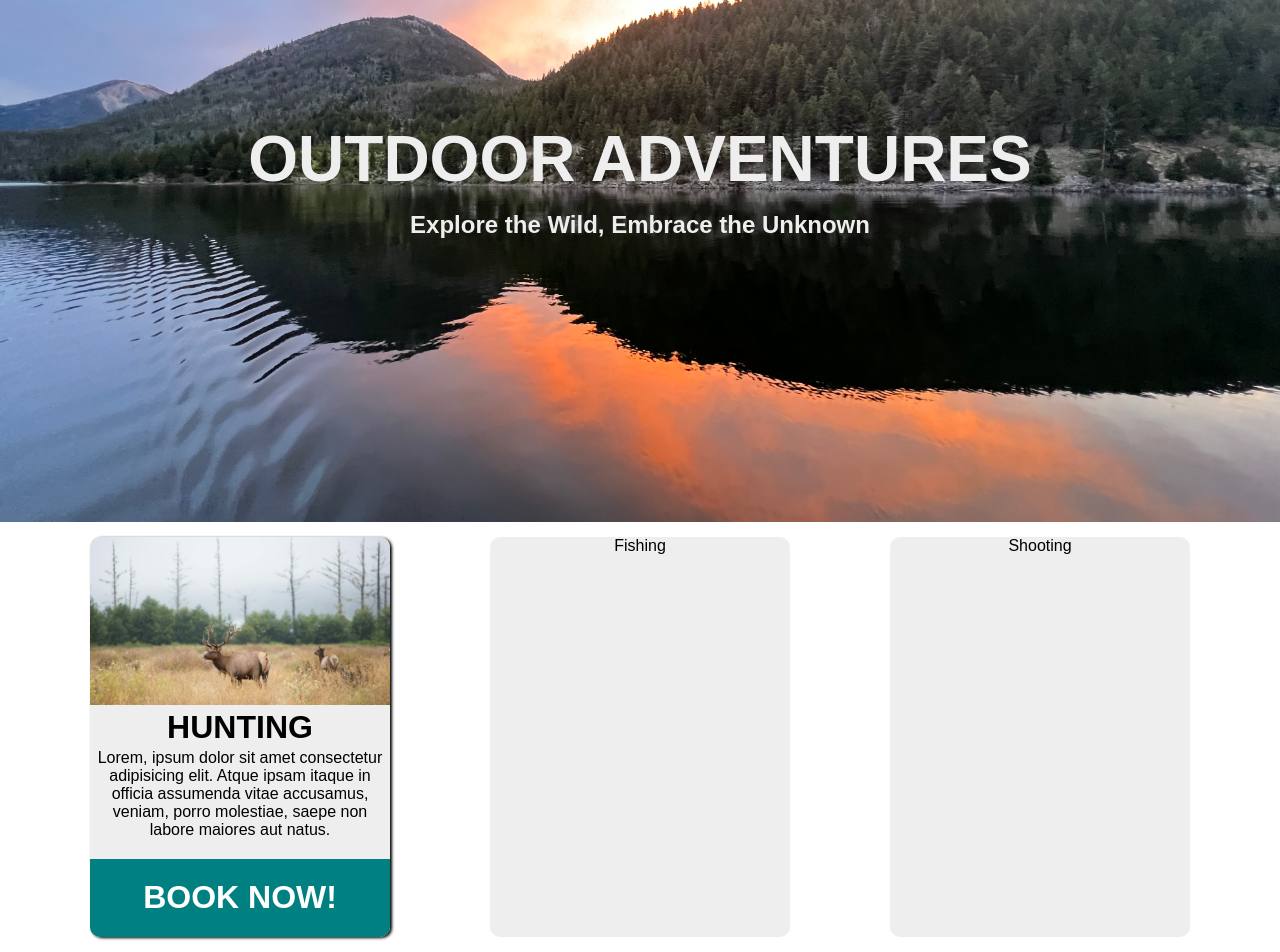
Repository: iforgotmylogin/WebDesignFinal
Page: index.html
The author's editor kept a copy of each file at every save. The page is drawn from the files as they stood at one save, then again after the next save.
The browser window is 1280 px wide. The pictures show the part of the page from y = 290 to 1242 px (the page is 1242 px tall).
A picture or video elsewhere on the page could not be fetched, so the positions and the page height are approximate.

Above is the page before, as saved 2024-04-07 18:41:51.

### index.html
<!DOCTYPE html>
<html lang="en">
<head>
    <link rel="stylesheet" href="css/global.css">
    <link rel="stylesheet" href="css/navbar.css">
    <link rel="stylesheet" href="css/dropdown.css">
    <link rel="stylesheet" href="https://cdn.jsdelivr.net/npm/aos@2.3.4/dist/aos.css">
    <link rel="stylesheet" href="css/homepage.css">
    <meta http-equiv="X-UA-Compatible" content ="IE=edge">
    <meta charset="UTF-8">
    <meta name="viewport" content="width=device-width, initial-scale=1.0">
    <title>Outdoor Adventures</title>
</head>
<body>
    <header>
        <a href="#"><img src="images/outdoor-adventure-logo-color.png" alt="Logo" class="logo"></a>
       <nav>
        <ul>
            <li>
                <a href="#">About</a>
            </li>
            <li class="dropdown">
                <a href="html/Booking.html">Booking</a>
                <div class="dropdown-content">
                    <a href="#">Hunting</a>
                    <a href="#">Fishing</a>
                    <a href="#">Shooting</a>
                    <a href="#">ATV Rental</a>
                </div>
            </li>
            <li>
                <a href="html/Reviews.html">Reviews</a>
            </li>
            <li>
                <a href="#">Careers</a>
            </li>
            <li>
                <a href="#">Contact</a>
            </li>
        </ul>
    </nav>



    </header>
    <main class="hero_image">
        <h1>Outdoor Adventures</h1>
        <h2>Explore the Wild, Embrace the Unknown</h2>
    </main>

    <div class="container">
        <a  href="#" data-aos="fade-up" class="box hunting">
            <img src="images/HuntingBackdrop.jpg" alt="Image of an Elk">
            <h1>Hunting</h1>
            <p>Lorem, ipsum dolor sit amet consectetur adipisicing elit. Atque ipsam itaque in officia assumenda vitae accusamus, veniam, porro molestiae, saepe non labore maiores aut natus.</p>
            <div class="home-booking-button">
                <h1>Book Now!</h1>
            </div>
        </a>

        <div data-aos="fade-up" class="box Fishing">Fishing</div>

        <div data-aos="fade-up" class="box Shooting">Shooting</div>
    </div>



    <!-- Use <div data-aos="fade-up"><div> for really cool animations that use this java script!! -->
    <script src="https://cdn.jsdelivr.net/npm/aos@2.3.4/dist/aos.js"></script>
    <script>
      AOS.init();
    </script>
</body>
</html>

### css/global.css
*{
    font-family: Arial, Helvetica, sans-serif;
}
.hero_image{
    position: absolute;
    z-index: 1;
    margin: 0 auto;
    justify-content: center;
    top: 0px;
    padding: 50px;
    height: 600px;
    position: relative;
    background-image: url("../images/IMG_0679.jpeg");
    background-size: cover;
    background-position: center;
}

.hero_image h1{
    font-size: 400%;
    color: #eee;
    text-transform: uppercase;
    text-align: center;
    margin: 250px 0 auto;
}

.hero_image h2{
    margin: 15px 0 auto;
    text-align: uppercase;
    text-align: center;
    color:#eee;
}

h1.global{
    text-align: center;
}

#usrReview_1{
    outline: 2px solid red; /*This is for "debugging" where the div is and how it's behaving*/

    padding: 30px;
}

#userPfp{
    float: left;
    max-width: 90%;
    width: 200px;
    margin-right: 10px; /* adds some spacing between the image and the text*/

}

### css/navbar.css
body{
    margin:0px;
}


header{
    display: flex;
    justify-content: space-between;
    background-color: #eee;
    border-bottom: 5px white;
    box-shadow: 0 0 5px rgba(0,0,0,.2);
}

header .logo{
    height: 100px;
    padding:4px;
}

header nav{
    display: flex;
    align-items: center;
}
header nav ul{
    margin: 0px;
    padding: 0px;
    text-align: right;
    display: flex;
    width: 100%;
    justify-content: end;
}
header nav ul li{
    list-style-type: none;
}

header nav ul li a{
  text-decoration: none;
  color: #666;
  font-weight: bold;
  font-size:15px;
  text-transform:uppercase;
  font-family:Helvetica, sans-serif;
  padding:49px 30px;
  transition: all .3s linear;
}
header nav ul li a:hover{
    background-color:teal;
    color:white;
}

header nav ul li a.active{
    background-color: burlywood;
}

### css/dropdown.css
.dropbtn {
    background-color: #eee;
    color: white;
    padding: 16px;
    font-size: 16px;
    border: none;
  }

  .dropdown {
    align-items: center;
    display: inline-block;
  }

  .dropdown-content {
    display: none;
    position:absolute;
    background-color: #eee;
    min-width: 136px;
    box-shadow: 0px 8px 16px 0px rgba(0,0,0,0.2);
    z-index: 1;
    top: 14%;
    z-index: 2; /* Makes the dropdown menu appear over the hero image */
  }

  /* Links inside the dropdown */
  .dropdown-content a {
    color: black;
    padding: 12px 16px;
    text-decoration: none;
    text-align: center;
    display: block;
  }

  .dropdown-content a:hover {background-color: teal;}

  .dropdown:hover .dropdown-content {display: block;}

  .dropdown:hover .dropbtn {background-color: teal;}

### css/homepage.css
*{
    margin:0;
    padding:0;
}
.container{
    position:relative;
    width: 100%;
    height: auto;
    display: flex;
    flex-direction: row;
    justify-content: center;
}
.box{
    position: relative;
    width: 300px;
    height: 400px;
    background:#eee;
    text-align: center;
    margin: 15px;
    box-sizing: border-box;
    overflow: hidden;
    margin-left: 50px;
    margin-right: 50px;
    border-radius: 10px;
}
.container a{
    text-decoration: none;
    color:black;
    box-shadow: 2px 1px 3px black;
}
.box:hover{
    flex: 3;
}
.hunting img{
    width: 100%;
}
.hunting h1{
    padding-bottom: 3px;
    text-transform: uppercase;
}
.hunting p{
    padding-bottom: 20px;
}
.home-booking-button{
    padding-top: 15px;
    padding-bottom: 20px;
    background-color: teal;
}
.home-booking-button h1{
    padding-top:5px;
    color:white;
}

After the next save:
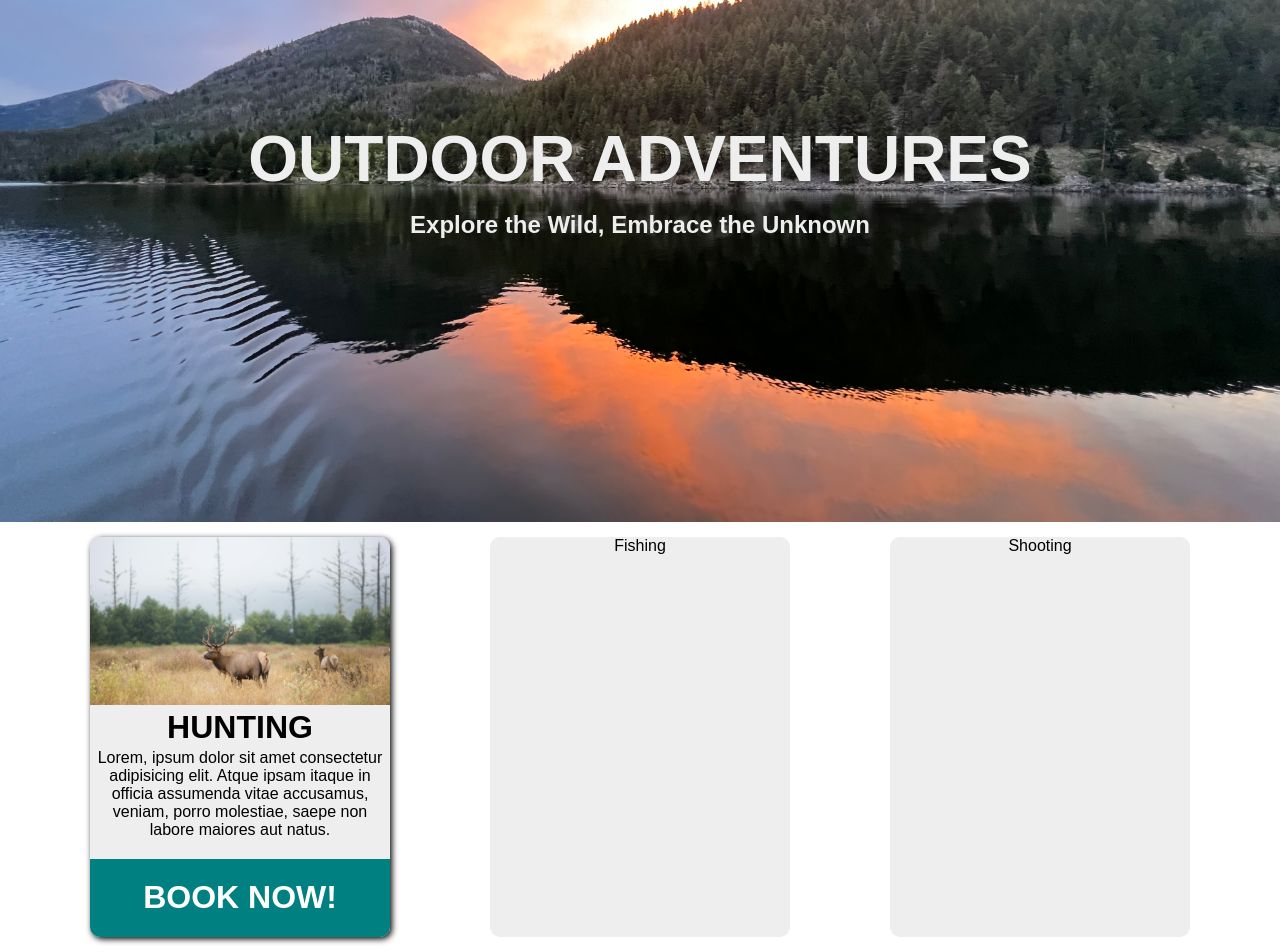
Saved 16 s later.
--- a/css/homepage.css
+++ b/css/homepage.css
@@ -26,7 +26,7 @@
 .container a{
     text-decoration: none;
     color:black;
-    box-shadow: 2px 1px 3px black;
+    box-shadow: 2px 2px 6px black;
 }
 .box:hover{
     flex: 3;
